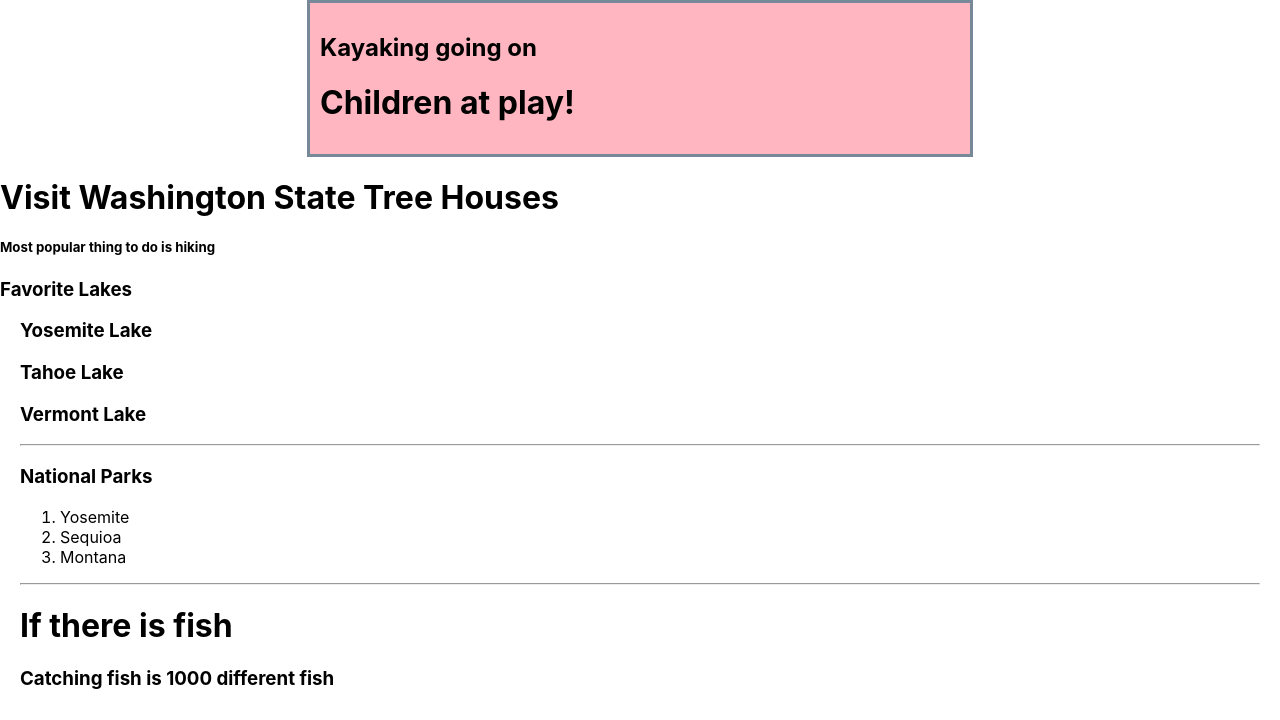
Repository: CaptainStorm21/intro-react-hooks
Page: /
An editor plug-in stored every save of this project. The page is shown before and after a run of saves, followed by the edit.
The browser window is 1280 px wide. The pictures show the whole page.
The project was rebuilt for these pictures with package versions that can differ from the ones it lists, and the page was loaded fresh each time. Also part of the build but not shown: src/App.css.

Above is the page before, as saved 2020-05-27 00:11:21.

### src/index.js
import React from "react";
import ReactDOM from "react-dom";
import "./index.css";
import Fragment from "./Fragment"

const nationalParkList = ["Yosemite", "Sequioa", "Montana"];
const campingList = [
  {
    id: 0,
    name: "Mulberry Camp",
    location: " South Montana",
  },
  {
    id: 1,
    name: "Volga Camp",
    location: "Oregon",
  },
  {
    id: 2,
    name: "Captain Camp",
    location: "East Montana",
  },
  {
    id: 3,
    name: "Blue Dunes Camp",
    location: "South Montana",
  },
];

function Lake({ name }) {
  return <h3>{name}</h3>;
}

function Fishing({ abundant }) {
  return (
    < div >
      <h3> Catching fish is {abundant}</h3>
    </div >
  )
}

function Icehole ({ icefishing }) {
  return (
    < div >
      <h3> Winter Fish is {icefishing}</h3>
    </div >
  )
}

function MontanaFall() {
  return (
    <div>
      <h3>Come see Montana!</h3>
      <hr></hr>
      <div className="campstyle">
        {campingList.map((camp) => (
          <div key={camp.id}>
            <h4>{camp.name}</h4>
            <p>Location:{camp.location}</p>
          </div>
        ))}
      </div>
    </div>
  );
}

function SkiResort({thingstodo}) {
  return (
    <div>
      <h1>Visit Washington State Tree Houses</h1>
      <h5>Most popular thing to do is {thingstodo}</h5>
    </div>
  );
}
function App(props) {

  if (props.season === "fall") {
    return <MontanaFall />;
  } else if (props.season === "summer"){
    return (
      <div>
        <Fragment />
        <SkiResort  thingstodo="hiking"/>
        <h3>Favorite Lakes</h3>
        <div className="lakestyle">
          <Lake name="Yosemite Lake" />
          <Lake name="Tahoe Lake" />
          <Lake name="Vermont Lake" />
          <hr></hr>
          <h3>National Parks</h3>
          <ol>
            {props.parks.map((park) => (
              <li>{park}</li>
            ))}
          </ol>
          <hr></hr>
          <h1>If there is fish</h1>
          <div>
            {props.season === "summer" ? (
              <Fishing abundant="1000 different fish" />
            ) : props.season === "winter" ? (
              <Icehole icefishing="A lot of pikes" />
            ) : (<h1>Wanna stay home?</h1>)}
            </div>
        </div>
      </div>
    );
  }
}

// function Hello({ library, message, books }) {
//   return (
//     <div>
//       <h1>Hello {library}</h1>
//       <h4>books avail to rent {books}</h4>
//       <h5>Hours: {message}</h5>
//     </div>
//   )
// }

// function Hello(props) {
//   console.log(props);
//   console.log(Object.keys(props));
//   return (
//     <div>
//       <h1>Hello from {props.library}</h1>
//       <h3>{props.message}</h3>
//       <h4> books available to rent - {props.books}</h4>
//       <h5>Props used - {Object.keys(props).length}</h5>
//     </div>
//   )
// }

// function Hello() {
//   return (
//     <div>
//       <p> rendering is happening </p>
//       <h1>Hello world!</h1>
//     </div>
//   )
// }
ReactDOM.render(
  //  React.createElement("h1", null, "Hello"),
  // React.createElement("h1", { style: { color: "red" } }, "Hello"),
  // React.createElement("div", { style: { color: "blue" } },
  // React.createElement("h1", null, "Morning")  ),
  // <ul>
  //   <li>Pizza</li>
  //   <li>Sushi</li>
  // </ul>,
  // /* <Hello></Hello>, */
  // <Hello library="Washington Library" message="Open for all " books={10}/>,
  <App parks={nationalParkList} season="summer" />,
  document.getElementById("root")
);

### src/index.css
body {
  margin: 0;
  font-family: -apple-system, BlinkMacSystemFont, 'Segoe UI', 'Roboto', 'Oxygen',
    'Ubuntu', 'Cantarell', 'Fira Sans', 'Droid Sans', 'Helvetica Neue',
    sans-serif;
  -webkit-font-smoothing: antialiased;
  -moz-osx-font-smoothing: grayscale;
}

code {
  font-family: source-code-pro, Menlo, Monaco, Consolas, 'Courier New',
    monospace;
}

.lakestyle, .campstyle {
  padding-left: 20px;
  padding-right: 20px;
}

.div-style{
  padding: 10px;
  border: 3px solid lightslategray;
  width: 50%;
  margin: 0 auto;
  background-color: lightpink
}

### src/Fragment.js
import React from "react";
import "./App.css";

function Kids() {
    return (
        <h1>Children at play!</h1>
    )
}

function Kayak() {
    return (
        <div >
            <h2> Kayaking going on </h2>
        </div>
    )
}

function Fragment() {
  return (
      <>
          <div className = "div-style">
      <Kayak />
              <Kids />
          </div>
    </>
  );
}

export default Fragment;

Loaded but not shown: public/index.html (common file)

After the next 2 saves:
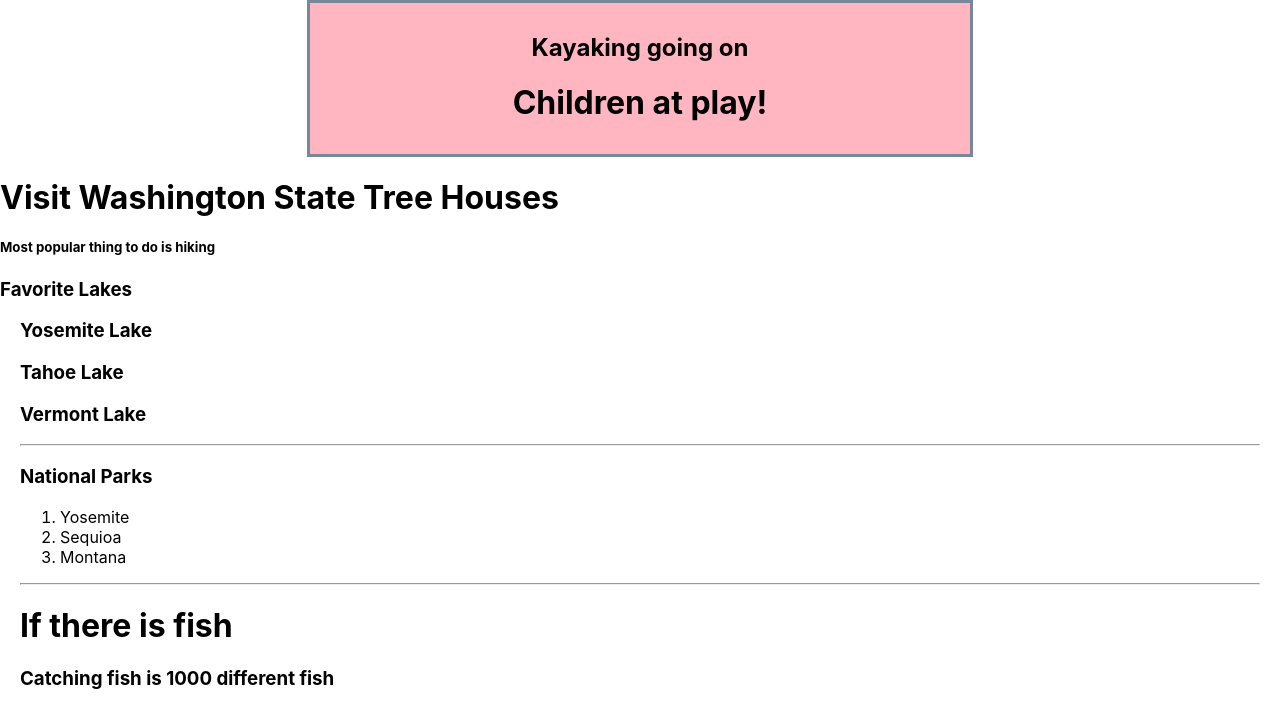
The 2 saves are shown as one change because they came seconds apart.
The last was saved 13 s later.
--- a/src/index.css
+++ b/src/index.css
@@ -22,5 +22,6 @@ code {
   border: 3px solid lightslategray;
   width: 50%;
   margin: 0 auto;
-  background-color: lightpink
+  background-color: lightpink;
+  text-align: center;
 }
